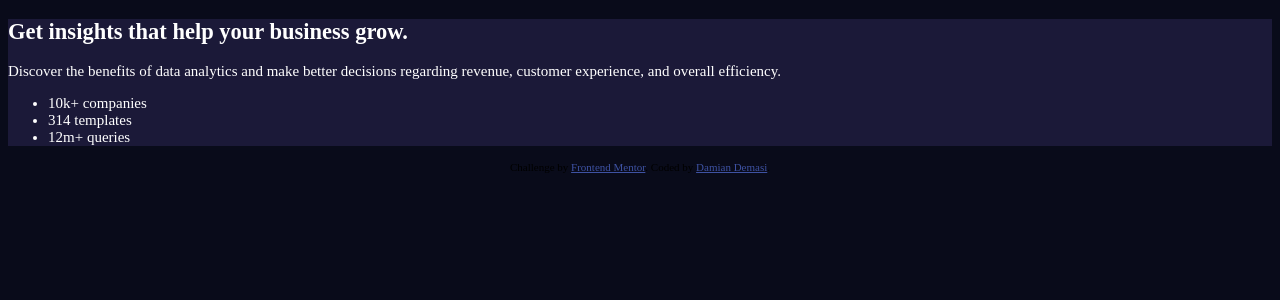
Repository: Colo-Codes/stats-preview-card-component-main
Page: index.html
An editor plug-in stored every save of this project. The page is shown before and after the next save, followed by the edit.
The browser window is 1280 px wide. The pictures show the whole page.

Above is the page before, as saved 2021-05-10 08:44:33.

After the next save:
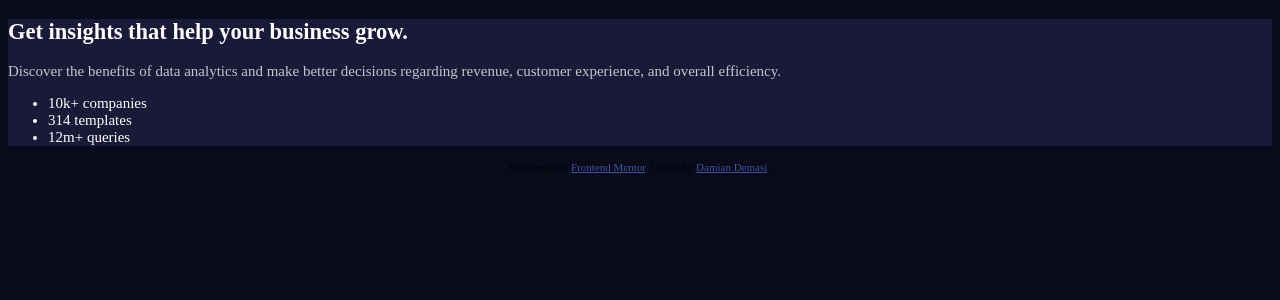
Saved 79 s later.
--- a/index.html
+++ b/index.html
@@ -36,6 +36,12 @@
       background-color: var(--blue-desaturated, hsl(244, 38%, 16%));
     }
 
+    article p {
+      color: var(--white-font-transparent-main, hsla(0, 0%, 100%, 0.75));
+    }
+
+
+
     .attribution {
       font-size: 11px;
       text-align: center;
@@ -56,9 +62,9 @@
       overall efficiency.</p>
     <footer>
       <ul>
-        <li>10k+ companies</li>
-        <li>314 templates</li>
-        <li>12m+ queries</li>
+        <li>10k+ <span>companies</span></li>
+        <li>314 <span>templates</span></li>
+        <li>12m+ <span>queries</span></li>
       </ul>
     </footer>
   </article>
